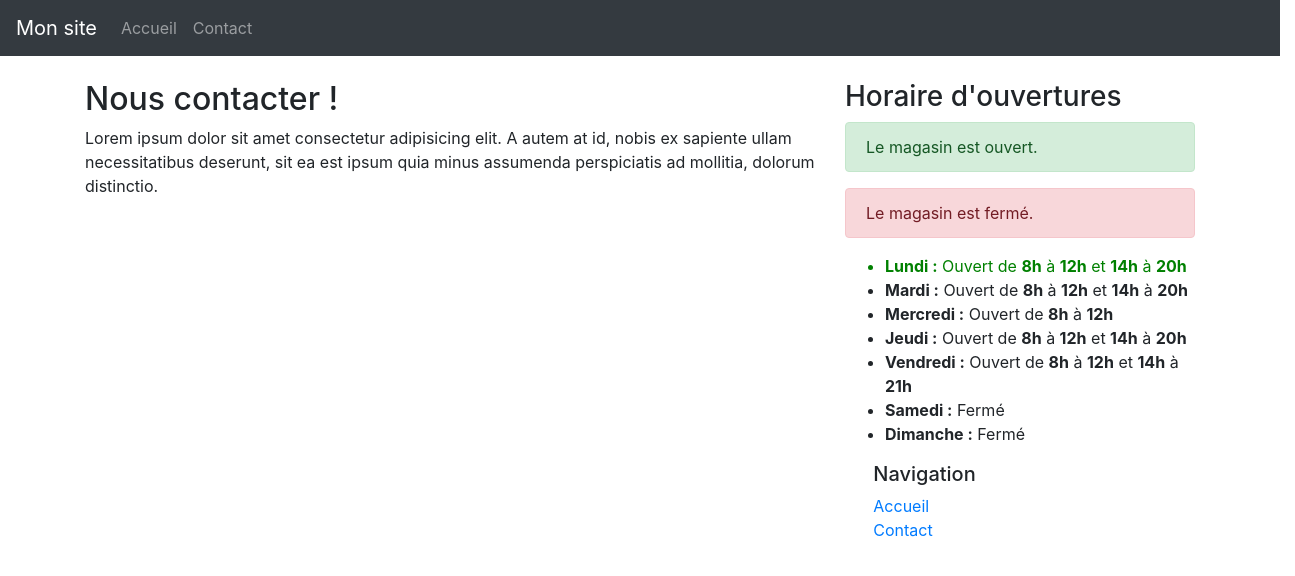
Repository: Alex-Serky/Backend_PHP
Page: http://localhost/contact.php
These files come from the project's save history. The page is drawn as it stood at one moment and after the next save; the edit follows.
The browser window is 1280 px wide. The page is 1295 px wide, so the pictures cover 1295 px, including what lies to the right of the window. The pictures show the whole page.
Some web libraries are served in a nearby version. The page is run by PHP 8.4 with error messages shown; the project is at /var/www/html/.

Above is the page before, as saved 2020-07-20 22:40:26.

After the next save:
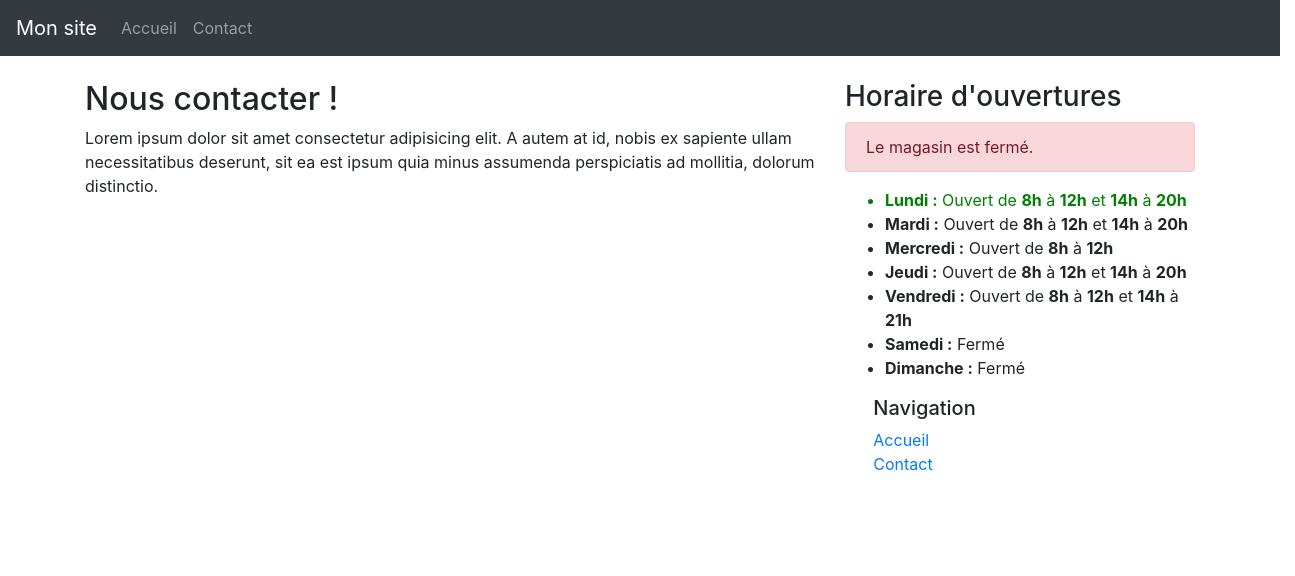
Saved 2 min 4 s later.
--- a/contact.php
+++ b/contact.php
@@ -22,12 +22,15 @@ require 'header.php';
     </div>
     <div class="col-md-4">
         <h3>Horaire d'ouvertures</h3>
+        <?php if($ouvert): ?>
         <div class="alert alert-success">
             Le magasin est ouvert.
         </div>
+        <?php else: ?>
         <div class="alert alert-danger">
             Le magasin est fermé.
         </div>
+        <?php endif ?>
         <ul>
             <?php foreach(JOURS as $k => $jour): ?>
                 <li <?php if($k + 1 === (int)date('N')): ?> style="color:green"<?php endif ?>>
